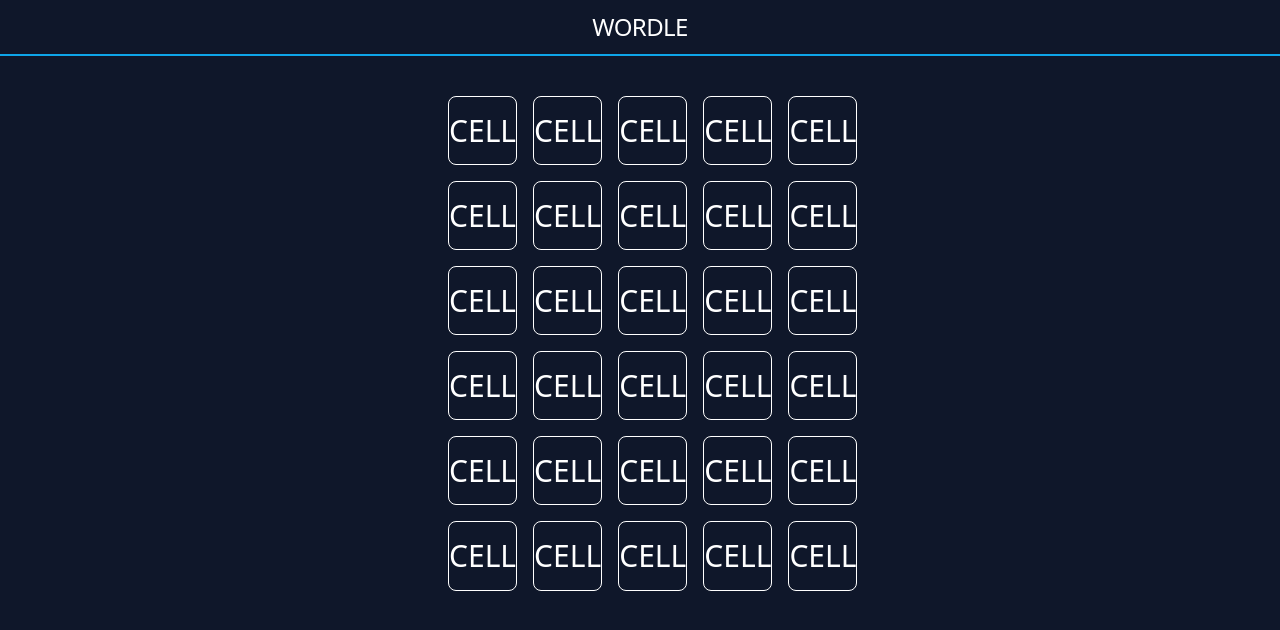
Repository: hjubsoni/basic-wordle-game
Page: / (app in client/)
The author's editor kept a copy of each file at every save. The page is drawn from the files as they stood at one save, then again after the next save.
The browser window is 1280 px wide. The pictures show the whole page.
The project was rebuilt for these pictures with package versions that can differ from the ones it lists, and the page was loaded fresh each time. Also part of the build but not shown: client/vite.config.ts.

Above is the page before, as saved 2023-01-26 19:36:33.

### client/src/main.tsx
import React from 'react';
import ReactDOM from 'react-dom/client';
import App from './App';
import './index.css';

ReactDOM.createRoot(
  document.getElementById('root') as HTMLElement
).render(
  <React.StrictMode>
    <App />
  </React.StrictMode>
);

### client/src/App.tsx
import React from 'react';
import Header from './components/Header';
import Game from './components/Game';

function App() {
  return (
    <div className="h-full">
      <Header />
      <Game />
    </div>
  );
}

export default App;

### client/src/index.css
@tailwind base;
@tailwind components;
@tailwind utilities;

@layer base {
  html,
  body,
  #root {
    @apply h-full bg-slate-900;
  }
}

### client/src/components/Header/Header.tsx
import React from 'react';

function Header() {
  return (
    <header className="flex h-14 items-center justify-center  border-b-2 border-sky-500 ">
      <h2 className="uppercase text-white text-2xl tracking-tight">
        Wordle
      </h2>
    </header>
  );
}

export default Header;

### client/src/components/Game/Game.tsx
import React from 'react';
import { range } from '../../utils/range';
import Row from '../Row';
import Cell from '../Cell';

function Game() {
  const [correctWord, setCorrectWord] = React.useState('');
  const [guessedWords, setGuessedWords] = React.useState<string[]>(
    []
  );

  const generateCorrectWord = async () => {
    const response = await fetch('http://localhost:5000/api');
    const words = await response.json();
    setCorrectWord(words[Math.floor(Math.random() * words.length)]);
  };

  function bla(ev: React.MouseEvent<HTMLElement, MouseEvent>) {
    console.log(ev);
  }
  React.useEffect(() => {
    window.addEventListener('click', bla);
  }, []);
  console.log(correctWord);
  return (
    <main className="flex items-center justify-center ">
      <div className="flex gap-4 flex-col max-w-sm w-full rouded-lg mt-10">
        {range(6).map((rowIdx) => (
          <Row key={rowIdx}>
            {range(5).map((cellIdx) => (
              <Cell key={cellIdx} />
            ))}
          </Row>
        ))}
      </div>
    </main>
  );
}

export default Game;

### client/src/utils/range.tsx
export const range = (start: number, end?: number, step = 1) => {
  let output = [];
  if (typeof end === 'undefined') {
    end = start;
    start = 0;
  }
  for (let i = start; i < end; i += step) {
    output.push(i);
  }
  return output;
};

### client/src/components/Cell/index.tsx
export { default } from './Cell';

### client/src/components/Row/Row.tsx
import React from 'react';

function Row({ children }: { children: React.ReactNode }) {
  return <div className="flex gap-4">{children}</div>;
}

export default Row;

### client/src/components/Cell/Cell.tsx
import React from 'react';

function Cell() {
  return (
    <div className="border border-white flex-1 aspect-square rounded-lg text-white text-3xl uppercase flex items-center justify-center">
      Cell
    </div>
  );
}

export default Cell;

Loaded but not shown: client/index.html (common file); client/src/components/Header/index.tsx (common file); client/src/components/Game/index.tsx (common file); client/src/components/Row/index.tsx (common file); client/tailwind.config.cjs (common file)

After the next save:
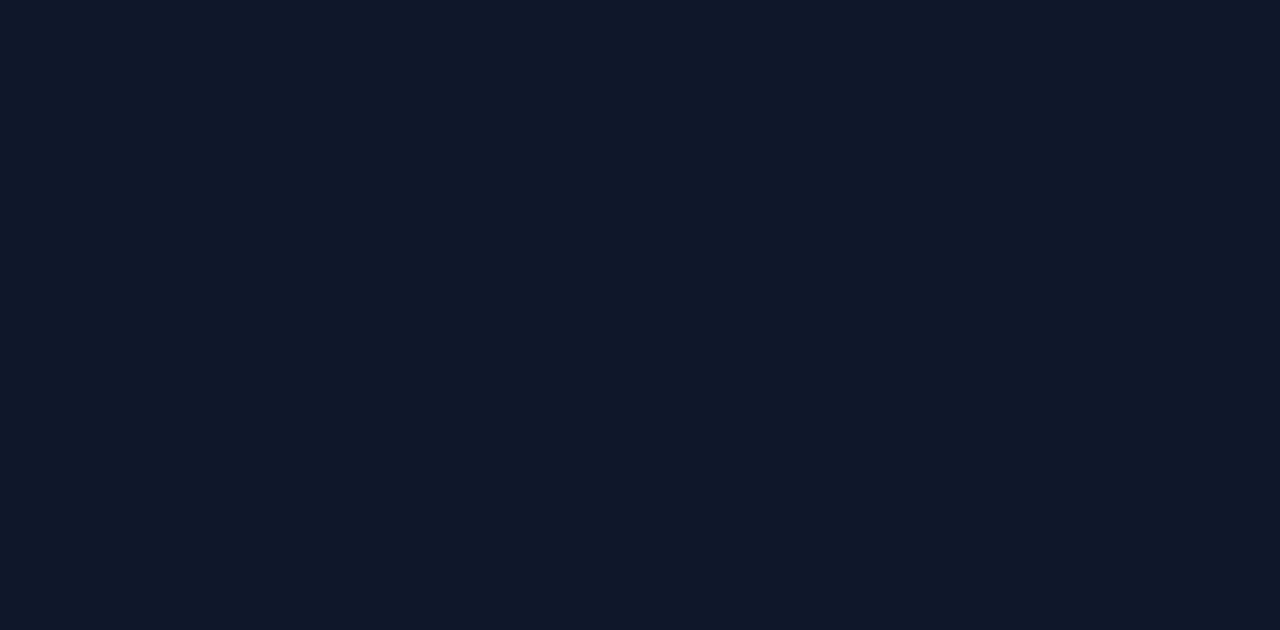
Console error: ReferenceError: cellId is not defined
Saved 3 min 13 s later.
--- a/client/src/components/Game/Game.tsx
+++ b/client/src/components/Game/Game.tsx
@@ -28,7 +28,7 @@
         {range(6).map((rowIdx) => (
           <Row key={rowIdx}>
             {range(5).map((cellIdx) => (
-              <Cell key={cellIdx} />
+              <Cell key={cellIdx} cellId={cellId} />
             ))}
           </Row>
         ))}

After the 2 saves that followed:
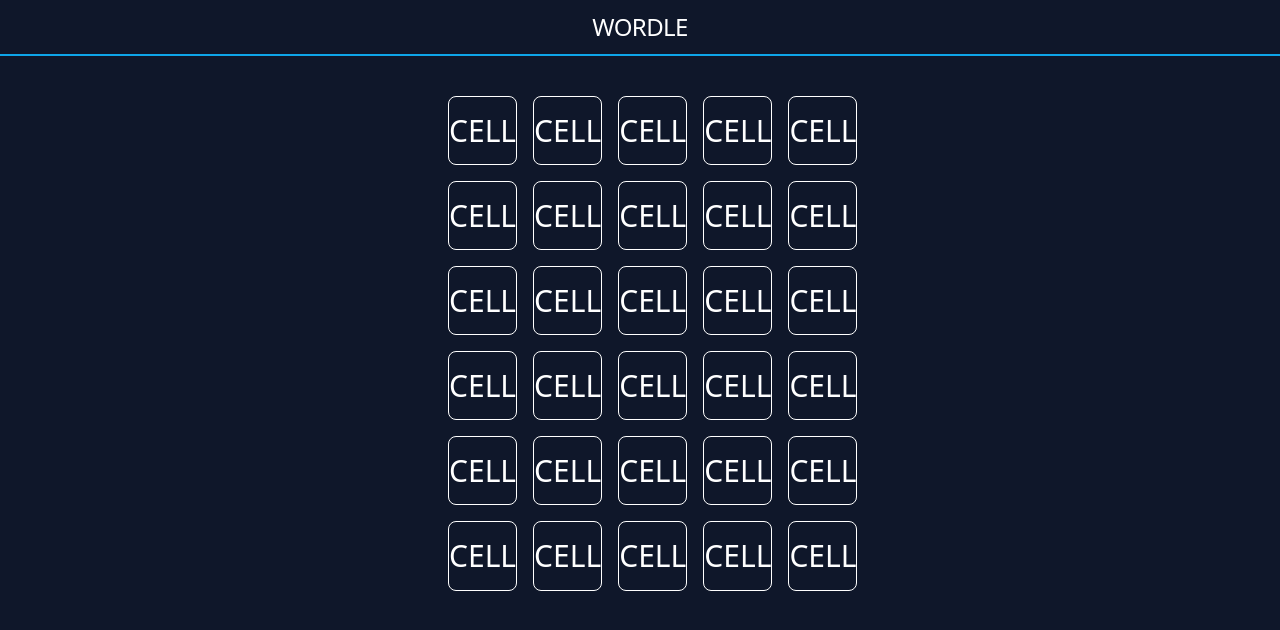
The error is gone.
The 2 saves are shown as one change because 1 left the picture as it was.
The last was saved 29 s later.
--- a/client/src/components/Game/Game.tsx
+++ b/client/src/components/Game/Game.tsx
@@ -28,7 +28,7 @@
         {range(6).map((rowIdx) => (
           <Row key={rowIdx}>
             {range(5).map((cellIdx) => (
-              <Cell key={cellIdx} cellId={cellId} />
+              <Cell key={cellIdx} cellId={cellIdx} />
             ))}
           </Row>
         ))}
--- a/client/src/components/Cell/Cell.tsx
+++ b/client/src/components/Cell/Cell.tsx
@@ -1,6 +1,6 @@
 import React from 'react';
 
-function Cell() {
+function Cell({ cell }: { cell: number }) {
   return (
     <div className="border border-white flex-1 aspect-square rounded-lg text-white text-3xl uppercase flex items-center justify-center">
       Cell
